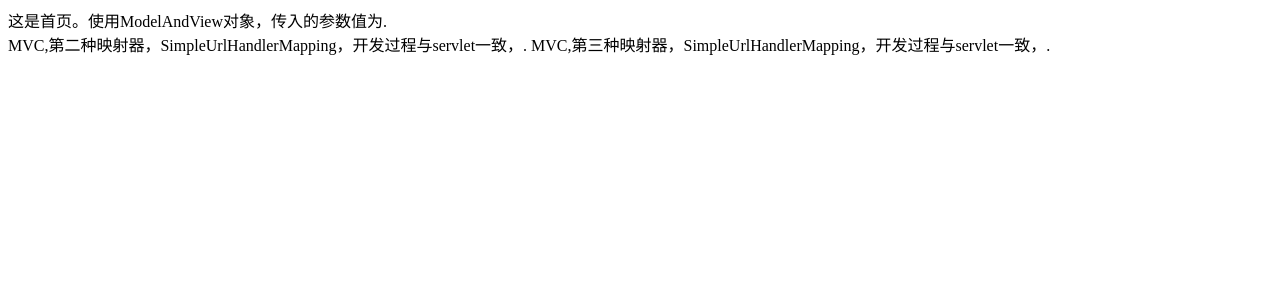
Repository: stranxxc/java_code
Page: http://localhost/SSM_03_Spring_MVC_dxc_53/
These files come from the project's save history. The page is drawn as it stood at one moment and after the next save; the edit follows.
The browser window is 1280 px wide. The pictures show the whole page.
The page is served by Tomcat 9.

Above is the page before, as saved 2026-05-26 03:32:54.

After the next save:
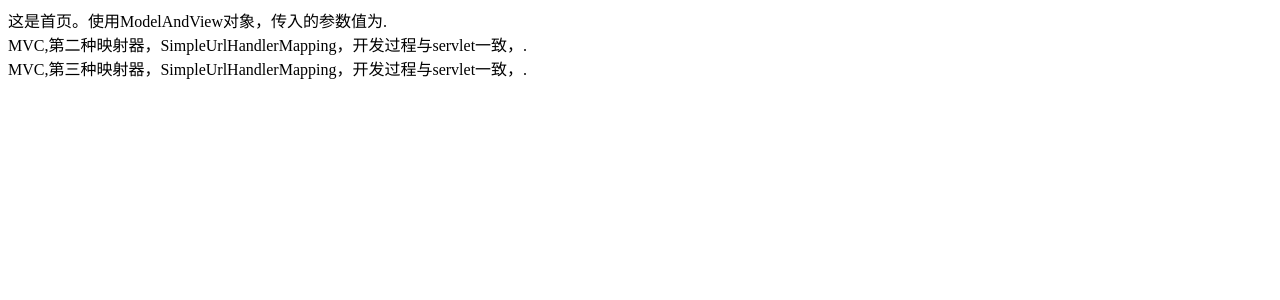
Saved 11 s later.
--- a/SSM_03_Spring_MVC_dxc_53/WebRoot/index.jsp
+++ b/SSM_03_Spring_MVC_dxc_53/WebRoot/index.jsp
@@ -22,7 +22,7 @@ String basePath = request.getScheme()+"://"+request.getServerName()+":"+request.
 
   <body>
     这是首页。使用ModelAndView对象，传入的参数值为${userName}. <br>
-    MVC,第二种映射器，SimpleUrlHandlerMapping，开发过程与servlet一致，${userName}.
+    MVC,第二种映射器，SimpleUrlHandlerMapping，开发过程与servlet一致，${userName}.<br>
       MVC,第三种映射器，SimpleUrlHandlerMapping，开发过程与servlet一致，${userName}.
   </body>
 </html>
